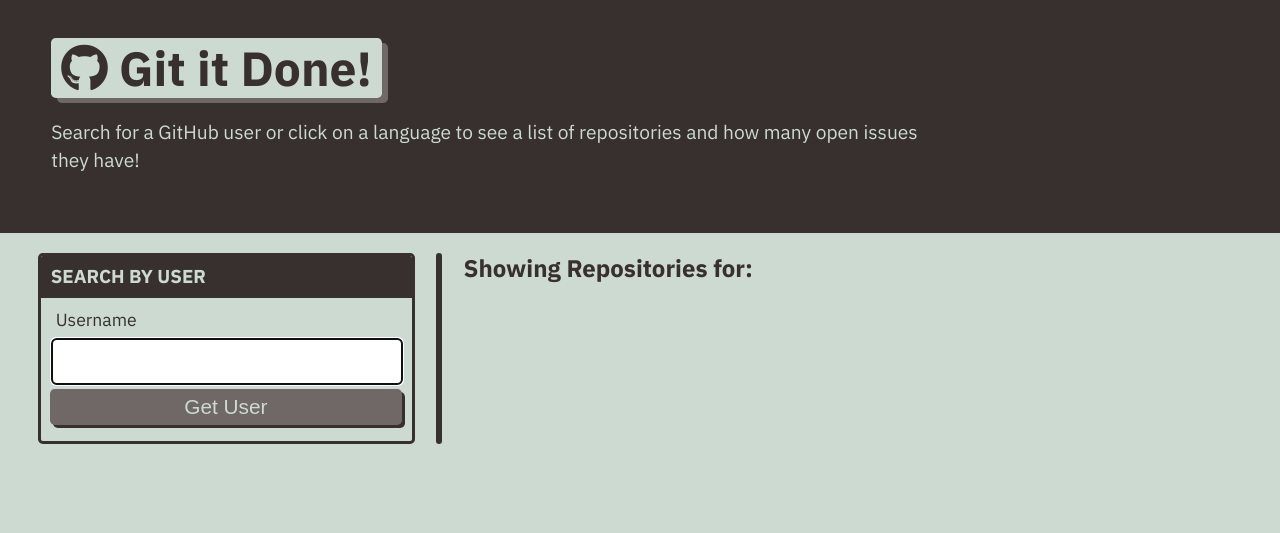
Repository: Brookethorson/git-it-done
Page: index.html
These files come from the project's save history. The page is drawn as it stood at one moment and after a run of saves; the edit follows.
The browser window is 1280 px wide. The pictures show the whole page.
Some web libraries are served in a nearby version.

Above is the page before, as saved 2021-09-04 17:37:34.

### index.html
<!DOCTYPE html>
<html lang="en">

<head>
  <meta charset="UTF-8">
  <meta name="viewport" content="width=device-width, initial-scale=1.0">
  <meta http-equiv="X-UA-Compatible" content="ie=edge">
  <link href="https://fonts.googleapis.com/css?family=IBM+Plex+Sans:400,400i,700&display=swap" rel="stylesheet">
  <link rel="stylesheet" href="https://cdnjs.cloudflare.com/ajax/libs/font-awesome/5.11.2/css/all.min.css">
  <link rel="stylesheet" href="./assets/css/style.css" />
  <title>Git it Done</title>
</head>

<body class="flex-column min-100-vh">
  <header class="hero">
    <h1 class="app-title"><i class="fab fa-github"></i> Git it Done!</h1>
    <p>Search for a GitHub user or click on a language to see a list of repositories and how many open issues they have!
    </p>
  </header>


  <main class="flex-row justify-space-between">
    <div class="col-12 col-md-4">

      <div class="card">
        <h3 class="card-header text-uppercase">Search By User</h3>
        <form id="user-form" class="card-body">
          <label class="form-label" for="username">Username</label>
          <input name="username" id="username" type="text" autofocus="true" class="form-input" />
          <button type="submit" class="btn">Get User</button>
        </form>
      </div>
    </div>

    <div class="card">
      <h3></h3>
    </div>

    <div class="col-12 col-md-8">
      <h2 class="subtitle">Showing Repositories for: <span id="repo-search-term"></span></h2>
      <div id="repos-container" class="list-group">

      </div>
    </div>
  </main>

  <script src="./assets/js/homepage.js"></script>
</body>

</html>

### assets/css/style.css
:root {
  --primary: #ccdad1;
  --secondary: #9caea9;
  --tertiary: #788585;
  --light-dark: #6f6866;
  --dark: #38302e;
  --border-radius: .3rem;
}

* {
  box-sizing: border-box;
}

body {
  background-color: var(--primary);
  margin: 0;
  padding: 0;
  font-family: "IBM Plex Sans", sans-serif;
  color: var(--dark);
  line-height: 1.5;
  font-size: 16px;
}

h1,
h2,
h3,
h4,
h5,
h6 {
  font-weight: 700;
  margin: 0;
  color: var(--dark);
  line-height: 1.25;
}

main {
  margin: 20px auto;
  width: 94%;
}

p {
  font-size: 1.2rem;
}

 .btn {
  font-size: 1.3rem;
  text-decoration:none;
  padding: 6px 5px;
  width: 100%;
  display: block;
  margin: 5px 0;
  border-radius: var(--border-radius);
  color: var(--primary);
  border: none;
  outline: none;
  background-color: var(--light-dark);
  box-shadow: 3px 3px var(--dark);
  transform: translate(-1px, -1px);
}

 .btn:hover {
  color: var(--primary);
  background-color: var(--tertiary);
  transform: translate(0, 0);
  box-shadow: 2px 2px var(--dark);
}

.btn-inline {
  display: inline;
}

.btn-back {
  border-radius: var(--border-radius);
  color: var(--primary);
  border: none;
  outline: none;
  background-color: var(--light-dark);
  box-shadow: 3px 3px var(--secondary);
  transform: translate(-1px, -1px);
  display: inline-block;
  width: auto;
  margin-top: 20px;
  padding: 15px;
  text-decoration: none;
  font-size: 1.2rem;
}

 .btn-back:hover {
  color: var(--primary);
  background-color: var(--tertiary);
  transform: translate(0, 0);
  box-shadow: 2px 2px var(--dark);
}

.hero {
  padding: 3% 4%;
  background-color: var(--dark);
  color: var(--primary);
}

.hero p {
  max-width: 75%;
}

.app-title {
  font-size: 3rem;
  background-color: var(--primary);
  color: var(--dark);
  padding: 0 10px;
  display: inline-block;
  border-radius: var(--border-radius);
  box-shadow: 6px 5px var(--light-dark);
}

.list-group {
  padding: 0;
  list-style: none;
}

.list-item {
  margin-bottom: 10px;
  padding: 1.5%;
  border-radius: var(--border-radius);
  background-color: var(--light-dark);
  color: var(--primary);
  text-decoration: none;
}

.list-item:hover {
  background-color: var(--dark);
}

.status-icon {
  padding: 2px 5px;
  margin: 0 5px;
  background-color: rgba(255,255,255, 1);
  border-radius: var(--border-radius);
}

.icon-danger {
  color: rgb(255, 70, 70);
}

.icon-success {
  color: rgb(29, 153, 255);
}

/* CARDS */
.card {
  margin: 0 0 20px 0;
  border: 3px solid var(--dark);
  border-radius: var(--border-radius);
}

.card-header {
  color: var(--primary);
  background-color: var(--dark);
  padding: 2.5%;
  border-radius: calc(.18rem - 1px) calc(.18rem - 1px) 0 0;
}

.card-body {
  padding: 2.5%;
}

/* FORM */
.form-label,
.form-input,
.form-textarea {
  display: block;
}

.form-label {
  font-size: 1.1rem;
  margin: 0 0 0 5px;
}

.form-input {
  width: 100%;
  padding: 3%;
  margin: 5px 0;
  font-size: 1.2rem;
  border: 2px solid var(--light-dark);
  border-radius: var(--border-radius);
}

/* HEIGHT / WIDTH UTILS */
.min-100-vh {
  min-height: 100vh;
}

.min-100-vw {
  min-width: 100vw;
}

/* FONT UTILS */
.text-uppercase {
  text-transform: uppercase;
}


/* FLEX CONTENT */
.flex-row {
  display: flex;
  flex-wrap: wrap;
}

.flex-column {
  display: flex;
  flex-direction: column;
  flex-wrap: wrap;
}

.justify-space-between {
  justify-content: space-between;
}

.justify-space-around {
  justify-content: space-around;
}

.justify-flex-start {
  justify-content: flex-start
}

.justify-flex-end {
  justify-content: flex-end;
}

.justify-center {
  justify-content: center;
}

.align-stretch {
  align-items: stretch;
}

.align-end {
  align-items: flex-end;
}

.align-center {
  align-items: center;
}

.col-auto {
  flex-grow: 1;
}

.col-1 {
  flex: 0 0 calc(100% * 1 / 12 - 2%);
}

.col-2 {
  flex: 0 0 calc(100% * 2 / 12 - 2%);
}

.col-3 {
  flex: 0 0 calc(100% * 3 / 12 - 2%);
}

.col-4 {
  flex: 0 0 calc(100% * 4 / 12 - 2%);
}

.col-5 {
  flex: 0 0 calc(100% * 5 / 12 - 2%);
}

.col-6 {
  flex: 0 0 calc(100% * 6 / 12 - 2%);
}

.col-7 {
  flex: 0 0 calc(100% * 7 / 12 - 2%);
}

.col-8 {
  flex: 0 0 calc(100% * 8 / 12 - 2%);
}

.col-9 {
  flex: 0 0 calc(100% * 9 / 12 - 2%);
}

.col-10 {
  flex: 0 0 calc(100% * 10 / 12 - 2%);
}

.col-11 {
  flex: 0 0 calc(100% * 11 / 12 - 2%);
}

.col-12 {
  flex: 0 0 100%;
}

/* col-sm */
@media screen and (min-width: 640px) {
  .col-sm-1 {
    flex: 0 0 calc(100% * 1 / 12 - 2%);
  }

  .col-sm-2 {
    flex: 0 0 calc(100% * 2 / 12 - 2%);
  }

  .col-sm-3 {
    flex: 0 0 calc(100% * 3 / 12 - 2%);
  }

  .col-sm-4 {
    flex: 0 0 calc(100% * 4 / 12 - 2%);
  }

  .col-sm-5 {
    flex: 0 0 calc(100% * 5 / 12 - 2%);
  }

  .col-sm-6 {
    flex: 0 0 calc(100% * 6 / 12 - 2%);
  }

  .col-sm-7 {
    flex: 0 0 calc(100% * 7 / 12 - 2%);
  }

  .col-sm-8 {
    flex: 0 0 calc(100% * 8 / 12 - 2%);
  }

  .col-sm-9 {
    flex: 0 0 calc(100% * 9 / 12 - 2%);
  }

  .col-sm-10 {
    flex: 0 0 calc(100% * 10 / 12 - 2%);
  }

  .col-sm-11 {
    flex: 0 0 calc(100% * 11 / 12 - 2%);
  }

  .col-sm-12 {
    flex: 0 0 100%;
  }
}


/* col-md */
@media screen and (min-width: 768px) {
  .col-md-1 {
    flex: 0 0 calc(100% * 1 / 12 - 2%);
  }

  .col-md-2 {
    flex: 0 0 calc(100% * 2 / 12 - 2%);
  }

  .col-md-3 {
    flex: 0 0 calc(100% * 3 / 12 - 2%);
  }

  .col-md-4 {
    flex: 0 0 calc(100% * 4 / 12 - 2%);
  }

  .col-md-5 {
    flex: 0 0 calc(100% * 5 / 12 - 2%);
  }

  .col-md-6 {
    flex: 0 0 calc(100% * 6 / 12 - 2%);
  }

  .col-md-7 {
    flex: 0 0 calc(100% * 7 / 12 - 2%);
  }

  .col-md-8 {
    flex: 0 0 calc(100% * 8 / 12 - 2%);
  }

  .col-md-9 {
    flex: 0 0 calc(100% * 9 / 12 - 2%);
  }

  .col-md-10 {
    flex: 0 0 calc(100% * 10 / 12 - 2%);
  }

  .col-md-11 {
    flex: 0 0 calc(100% * 11 / 12 - 2%);
  }

  .col-md-12 {
    flex: 0 0 100%;
  }
}

/* col-lg */
@media screen and (min-width: 992px) {
  .col-lg-1 {
    flex: 0 0 calc(100% * 1 / 12 - 2%);
  }

  .col-lg-2 {
    flex: 0 0 calc(100% * 2 / 12 - 2%);
  }

  .col-lg-3 {
    flex: 0 0 calc(100% * 3 / 12 - 2%);
  }

  .col-lg-4 {
    flex: 0 0 calc(100% * 4 / 12 - 2%);
  }

  .col-lg-5 {
    flex: 0 0 calc(100% * 5 / 12 - 2%);
  }

  .col-lg-6 {
    flex: 0 0 calc(100% * 6 / 12 - 2%);
  }

  .col-lg-7 {
    flex: 0 0 calc(100% * 7 / 12 - 2%);
  }

  .col-lg-8 {
    flex: 0 0 calc(100% * 8 / 12 - 2%);
  }

  .col-lg-9 {
    flex: 0 0 calc(100% * 9 / 12 - 2%);
  }

  .col-lg-10 {
    flex: 0 0 calc(100% * 10 / 12 - 2%);
  }

  .col-lg-11 {
    flex: 0 0 calc(100% * 11 / 12 - 2%);
  }

  .col-lg-12 {
    flex: 0 0 100%;
  }
}

/* col-xl */
@media screen and (min-width: 1200px) {
  .col-xl-1 {
    flex: 0 0 calc(100% * 1 / 12 - 2%);
  }

  .col-xl-2 {
    flex: 0 0 calc(100% * 2 / 12 - 2%);
  }

  .col-xl-3 {
    flex: 0 0 calc(100% * 3 / 12 - 2%);
  }

  .col-xl-4 {
    flex: 0 0 calc(100% * 4 / 12 - 2%);
  }

  .col-xl-5 {
    flex: 0 0 calc(100% * 5 / 12 - 2%);
  }

  .col-xl-6 {
    flex: 0 0 calc(100% * 6 / 12 - 2%);
  }

  .col-xl-7 {
    flex: 0 0 calc(100% * 7 / 12 - 2%);
  }

  .col-xl-8 {
    flex: 0 0 calc(100% * 8 / 12 - 2%);
  }

  .col-xl-9 {
    flex: 0 0 calc(100% * 9 / 12 - 2%);
  }

  .col-xl-10 {
    flex: 0 0 calc(100% * 10 / 12 - 2%);
  }

  .col-xl-11 {
    flex: 0 0 calc(100% * 11 / 12 - 2%);
  }

  .col-xl-12 {
    flex: 0 0 100%;
  }
}

### assets/js/homepage.js
var userFormEl = document.querySelector("#user-form");
var nameInputEl = document.querySelector("#username");
var repoContainerEl = document.querySelector("#repos-container");
var repoSearchTerm = document.querySelector("#repo-search-term");
var getFeaturedRepos = function(language) {
  var apiUrl = "https://api.github.com/search/repositories?q=" + language + "+is:featured&sort=help-wanted-issues";

  fetch(apiUrl).then(function(response){
    if(response.okay) {
      response.json().then(function(data) {
        displayRepos(data.items, language);
      });
    } else {
      alert('Error: Github user not found');
    }
    });
};

var formSubmitHandler = function(event) {
  // prevent page from refreshing
  event.preventDefault();

  // get value from input element
  var username = nameInputEl.value.trim();

  if (username) {
    getUserRepos(username);

    // clear old content
    repoContainerEl.textContent = "";
    nameInputEl.value = "";
  } else {
    alert("Please enter a GitHub username");
  }
};

var getUserRepos = function(user) {
  // format the github api url
  var apiUrl = "https://api.github.com/users/" + user + "/repos";

  // make a get request to url
  fetch(apiUrl)
    .then(function(response) {
      // request was successful
      if (response.ok) {
        console.log(response);
        response.json().then(function(data) {
          console.log(data);
          displayRepos(data, user);
        });
      } else {
        alert("Error: " + response.statusText);
      }
    })
    .catch(function(error) {
      alert("Unable to connect to GitHub");
    });
};

var displayRepos = function(repos, searchTerm) {
  // check if api returned any repos
  if (repos.length === 0) {
    repoContainerEl.textContent = "No repositories found.";
    return;
  }

  repoSearchTerm.textContent = searchTerm;

  // loop over repos
  for (var i = 0; i < repos.length; i++) {
    // format repo name
    var repoName = repos[i].owner.login + "/" + repos[i].name;

    // create a link for each repo
    var repoEl = document.createElement("a");
    repoEl.classList = "list-item flex-row justify-space-between align-center";
    repoEl.setAttribute("href", "./single-repo.html?repo=" + repoName);

    // create a span element to hold repository name
    var titleEl = document.createElement("span");
    titleEl.textContent = repoName;

    // append to container
    repoEl.appendChild(titleEl);

    // create a status element
    var statusEl = document.createElement("span");
    statusEl.classList = "flex-row align-center";

    // check if current repo has issues or not
    if (repos[i].open_issues_count > 0) {
      statusEl.innerHTML =
        "<i class='fas fa-times status-icon icon-danger'></i>" + repos[i].open_issues_count + " issue(s)";
    } else {
      statusEl.innerHTML = "<i class='fas fa-check-square status-icon icon-success'></i>";
    }

    // append to container
    repoEl.appendChild(statusEl);

    // append container to the dom
    repoContainerEl.appendChild(repoEl);
  }
};

// add event listeners to forms
userFormEl.addEventListener("submit", formSubmitHandler);

After the next 2 saves:
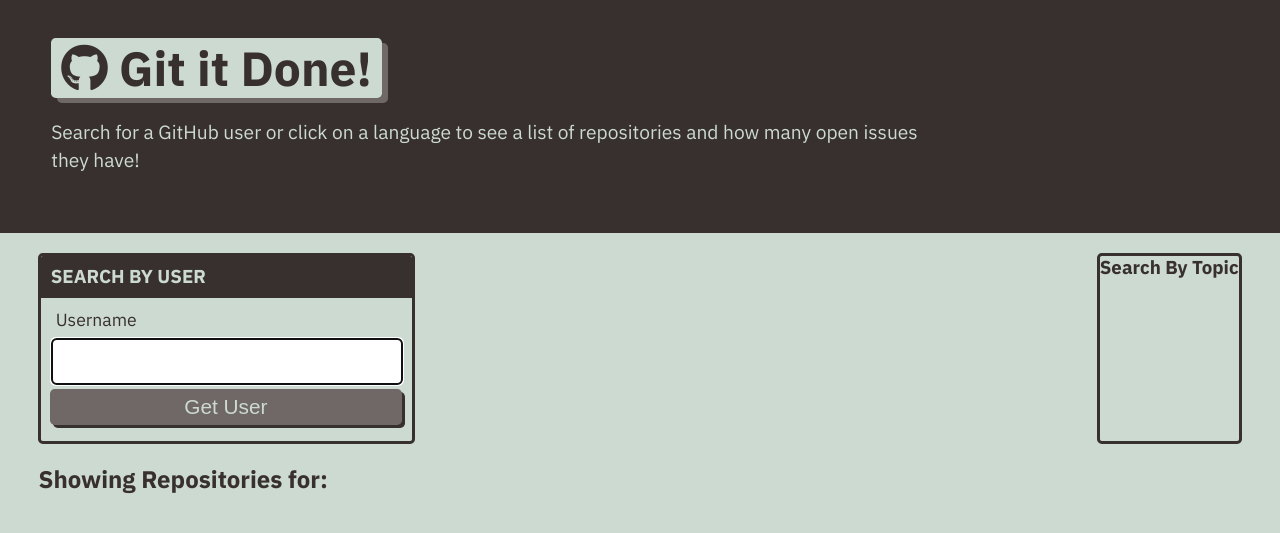
The 2 saves are shown as one change because they came seconds apart.
The last was saved 13 s later.
--- a/index.html
+++ b/index.html
@@ -33,7 +33,7 @@
     </div>
 
     <div class="card">
-      <h3></h3>
+      <h3>Search By Topic</h3>
     </div>
 
     <div class="col-12 col-md-8">
